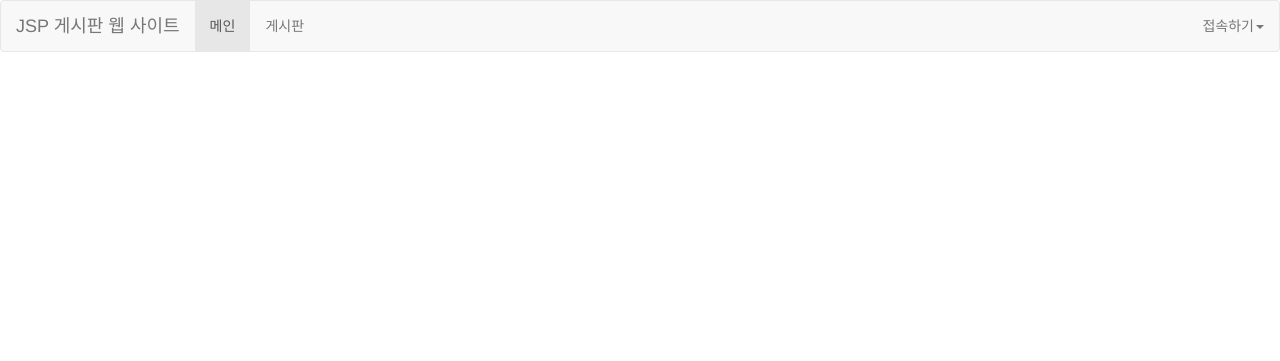
Repository: winter9388/JSP_BBS
Page: http://localhost/BBS/main.jsp
The author's editor kept a copy of each file at every save. The page is drawn from the files as they stood at one save, then again after the next save.
The browser window is 1280 px wide. The pictures show the whole page.
Some web libraries are served in a nearby version. The page is served by Tomcat 9. Other server files are loaded and not shown.

Above is the page before, as saved 2022-08-18 12:07:45.

### BBS/src/main/webapp/main.jsp
<%@ page language="java" contentType="text/html; charset=UTF-8"
    pageEncoding="UTF-8"%>
<%@ page import="java.io.PrintWriter" %>
<!DOCTYPE html>
<html>
<head>
<meta charset="UTF-8">
<meta name="viewport" content="width=device-width", initial-scale="1">
<link rel="stylesheet" href="css/bootstrap.css">
<title>JSP 게시판 웹 사이트</title>
</head>
<body>
	<%
		String userID = null;
		if(session.getAttribute("userID") != null){ // 세션값이 존재하면
			userID = (String)session.getAttribute("userID"); // userID에 새션값을 입력
		}
	%>
	<nav class="navbar navbar-default">
		<div class="navbar-header">
			<button type="button" class="navbar-toggle collapsed"
				data-toggle="collapse" data-target="#bs-example-navbar-collapse-1"
				aria-expended="false">
				<span class="icon-bar"></span>
				<span class="icon-bar"></span>
				<span class="icon-bar"></span>
			</button>
			<a class="navbar-brand" href="main.jsp">JSP 게시판 웹 사이트</a>
		</div>
		<div class="collapse navbar-collapse" id="bs-example-navbar-collapse-1"
			aria-expended="false">
			<ul class="nav navbar-nav">
				<li class="active" ><a href="main.jsp">메인</a></li>
				<li><a href="bbs.jsp">게시판</a></li>
			</ul>

			<%
				if(userID == null){ //세션이 없는경우 (로그인 되있지 않은 경우)만 아래 항목들을 보여줌
			%>
			<ul class="nav navbar-nav navbar-right">
				<li class="dropdown">
					<a href="#" class="dropdown-toggle"
						data-toggle="dropdown" role="button" aria-haspopup="true"
						aria-expanded="false">접속하기<span class="caret"></span></a>
					<ul class="dropdown-menu">
						<li><a href="login.jsp">로그인</a></li>
						<li><a href="join.jsp">회원가입</a></li>
					</ul>
				</li>
			</ul>
			<%
				} else {
			%>
			<ul class="nav navbar-nav navbar-right">
				<li class="dropdown">
					<a href="#" class="dropdown-toggle"
						data-toggle="dropdown" role="button" aria-haspopup="true"
						aria-expanded="false">회원관리<span class="caret"></span></a>
					<ul class="dropdown-menu">
						<li><a href="logoutAction.jsp">로그아웃</a></li>
					</ul>
				</li>
			</ul>
			<%
				}
			%>
		</div>
	</nav>

	<script src="https://code.jquery.com/jquery-3.1.1.min.js"></script>
	<script src="js/bootstrap.js"></script>
</body>
</html>

Loaded but not shown: BBS/src/main/webapp/css/bootstrap.css (library); BBS/src/main/webapp/js/bootstrap.js (library)

After the next save:
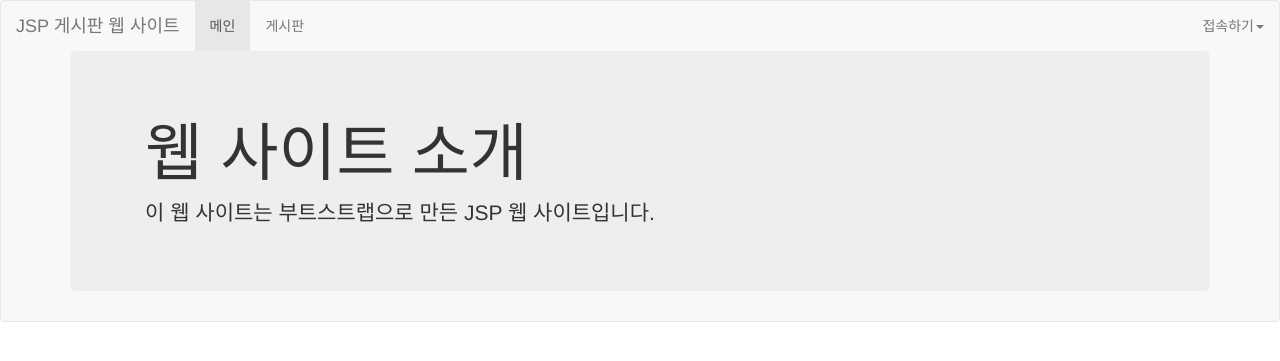
Saved 3 min 53 s later.
--- a/BBS/src/main/webapp/main.jsp
+++ b/BBS/src/main/webapp/main.jsp
@@ -65,6 +65,14 @@
 				}
 			%>
 		</div>
+		<div class="container">
+			<div class="jumbotron">
+				<div class="container">
+					<h1>웹 사이트 소개</h1>
+					<p>이 웹 사이트는 부트스트랩으로 만든 JSP 웹 사이트입니다.</p>
+				</div>
+			</div>
+		</div>
 	</nav>
 
 	<script src="https://code.jquery.com/jquery-3.1.1.min.js"></script>
